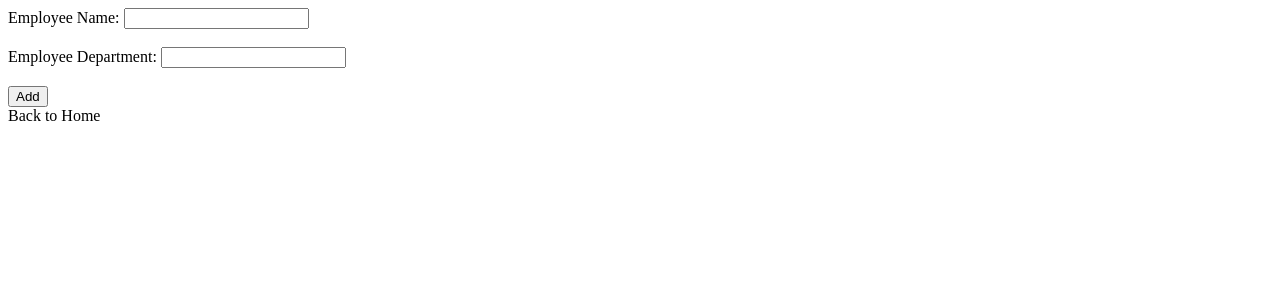
Repository: ashwinii19/Core-Java-Learning
Page: Employee Management System/src/main/webapp/add.html
The author's editor kept a copy of each file at every save. The page is drawn from the files as they stood at one save, then again after the next save.
The browser window is 1280 px wide. The pictures show the whole page.

Above is the page before, as saved 2025-08-22 09:11:39.

After the next save:
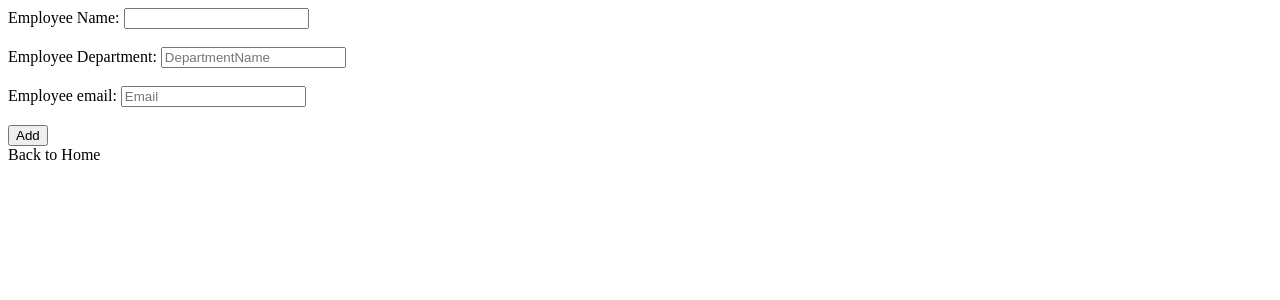
Saved 2 min 5 s later.
--- a/Employee Management System/src/main/webapp/add.html
+++ b/Employee Management System/src/main/webapp/add.html
@@ -12,7 +12,11 @@
 		<br><br>
 
 		<label for="department">Employee Department:</label>
-		<input type="text" id="department" name="departname" required>
+		<input type="text" id="department" placeholder="DepartmentName" required>
+		<br><br>
+
+		<label for="email">Employee email:</label>
+		<input type="email" id="email" placeholder="Email" required>
 		<br><br>
 
 		<button type="submit">Add</button>
